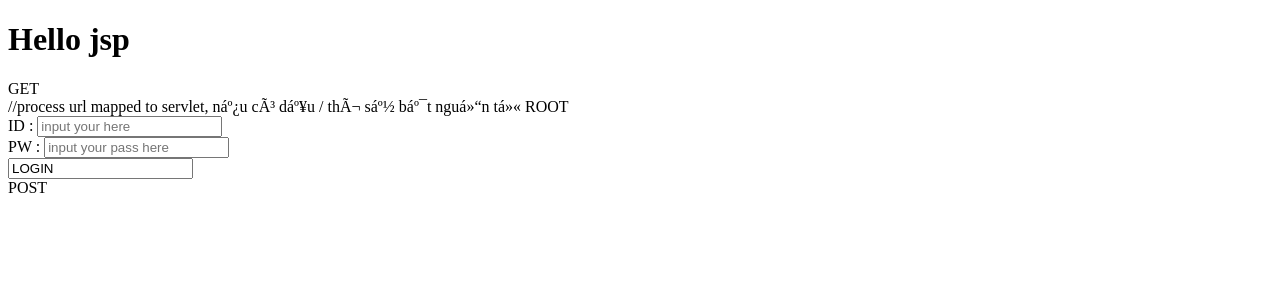
Repository: Vipper105/Restaurant_project
Page: webShop/WebContent/index.html
An editor plug-in stored every save of this project. The page is shown before and after the next save, followed by the edit.
The browser window is 1280 px wide. The pictures show the whole page.

Above is the page before, as saved 2020-08-10 09:19:48.

### webShop/WebContent/index.html
<!DOCTYPE html>
<html>
<head>
<meta charset="ISO-8859-1">
<title>Req & Res demo</title>
</head>
<body>

<h1>Hello jsp</h1>

<div>
	GET <br/>
	//process url mapped to servlet, nếu có dấu / thì sẽ bắt nguồn từ ROOT
	<form method="get" action="/login">
		ID : <input type="text" name="uname" placeholder="input your here">
		<br/>
		PW : <input type="password" name="upass" placeholder="input your pass here">
		<br/>
		<input type="sumit" value="LOGIN">
	</form>
</div>
	POST<br/>
	<form method="post" action="login2"></form>

</body>
</html>

After the next save:
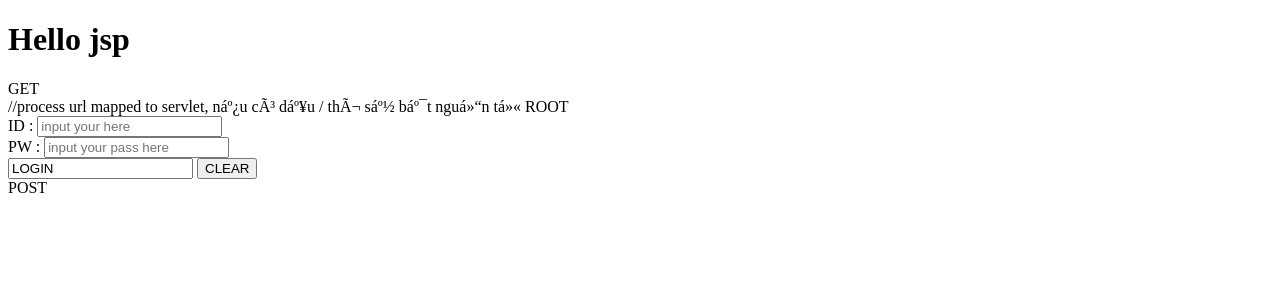
Saved 39 s later.
--- a/webShop/WebContent/index.html
+++ b/webShop/WebContent/index.html
@@ -17,6 +17,7 @@
 		PW : <input type="password" name="upass" placeholder="input your pass here">
 		<br/>
 		<input type="sumit" value="LOGIN">
+		<input type="reset" value="CLEAR">
 	</form>
 </div>
 	POST<br/>
